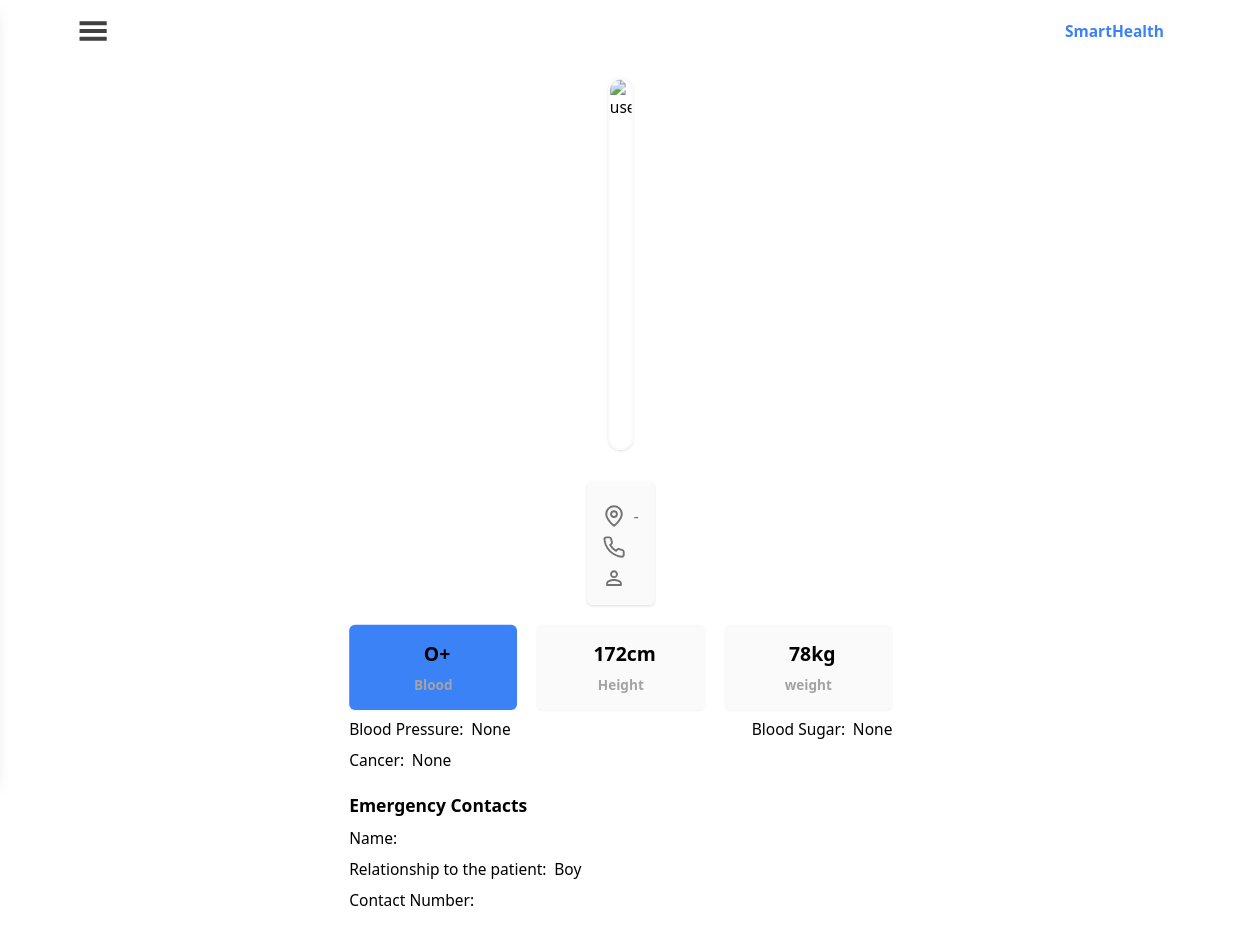
Repository: Sanaa00/HI-user
Page: /home
An editor plug-in stored every save of this project. The page is shown before and after the next save, followed by the edit.
The browser window is 1280 px wide. The pictures show the whole page, at 97% of full size.
The page's requests for data from a server got no answer. The project was rebuilt for these pictures with package versions that can differ from the ones it lists, and the page was loaded fresh each time. No one was signed in, and anything a server would have sent is missing. Also part of the build but not shown: vite.config.js, src/App.css, src/Components/Pagination.jsx, src/Pages/Prescription.jsx, src/Components/modalComponent.jsx, src/Pages/Laboratory.jsx, src/Pages/Radiographic.jsx, src/Components/InputField.jsx and 2 more.

Above is the page before, as saved 2024-01-12 21:21:12.

### src/main.jsx
import React from 'react';
import ReactDOM from 'react-dom/client';
import App from './App.jsx';
import './index.css';
import Modal from 'react-modal';
import { BrowserRouter } from 'react-router-dom';
Modal.setAppElement('#root');
ReactDOM.createRoot(document.getElementById('root')).render(
  <React.StrictMode>
    <BrowserRouter>
      {/* <Provider store={store}> */}
      <App />
      {/* </Provider>{' '} */}
    </BrowserRouter>
  </React.StrictMode>,
);

### src/App.jsx
import { Route, Routes } from 'react-router-dom';
import './App.css';
import Home from './Pages/Home';
// import Test from './Pages/Test';
import Navbar from './Components/Navbar';
import Prescription from './Pages/Prescription';
import Laboratory from './Pages/Laboratory';
import Radiographic from './Pages/Radiographic';
import ModalComponent from './Components/modalComponent';
import Login from './Pages/Login';
import SignUp from './Pages/SignUp';

function App() {
  return (
    <>
      <Navbar />
      <Routes>
        <Route path="/home" element={<Home />} />
        <Route path="/laboratory" element={<Laboratory />}>
          <Route path=":id" element={<ModalComponent />} />
        </Route>
        <Route path="/Radiographic" element={<Radiographic />} />
        <Route path="/Prescription" element={<Prescription />} />
        <Route path="/" element={<Login />} />
        <Route path="/signup" element={<SignUp />} />
        {/* <Route path="products" element={<Products />} />
          <Route path="setting" element={<Setting />} />
          <Route path="hide" element={<HideProducts />} /> */}
        {/* </Route> */}
      </Routes>
    </>
  );
}

export default App;

### src/Pages/Home.jsx
import { useEffect, useState } from 'react';
import { supabase } from '../supabaseClient';
import { FaLocationDot, FaPhone } from 'react-icons/fa6';
import { LuPhone } from 'react-icons/lu';
import { MdPermIdentity } from 'react-icons/md';
import { CiPhone } from 'react-icons/ci';
import { GrLocation } from 'react-icons/gr';
function Home() {
  const [data, setData] = useState([]);

  useEffect(() => {
    const fetchData = async () => {
      const { data, error } = await supabase
        .from('personInformation')
        .select('*')
        .eq('id', 34567890)
        .single();
      console.log('first', data);
      if (error) console.log('Error', error);
      else setData(data);
    };

    fetchData();
  }, []);
  return (
    <div className="mt-16 min-h-screen p-4 sm:px-10 md:px-20  flex flex-col lg:items-center">
      <div className="flex justify-center items-center">
        {console.log(data)}{' '}
        <img
          className="object-cover rounded-full w-72 border-2 border-neutral-50 shadow h-72 lg:w-1/2 lg:h-96 "
          src={data.userImage}
          alt="user"
        />
      </div>
      {/* <div className="mt-5 text-center font-bold text-lg lg:w-1/2">
        Personal Information
      </div> */}
      <div className="mt-3 lg:w-1/2 flex justify-center items-center">
        {/* <span>Name:</span> */}
        <span className="ml-2 font-semibold">{data.fullName}</span>
      </div>{' '}
      {/* <div className="mt-2 flex justify-between items-center lg:w-1/2"> */}
      {/* <span>
          {' '}
          <span>DOB:</span>
          <span className="ml-2">{data.dateOfBirth}</span>
        </span>{' '}
        <span>
          {' '}
          <span>Gender:</span>
          <span className="ml-2">{data.gender}</span>
        </span> */}
      {/* </div>{' '} */}
      <div className="mt-5  bg-neutral-50 text-neutral-500 rounded-md p-4 shadow ">
        {' '}
        <div className="mt-2 flex justify-between items-center lg:w-1/2">
          <span className="flex items-center flex-row">
            {' '}
            <span>
              <GrLocation className="w-6 h-6" />
            </span>
            <span className="ml-2">
              {data.city}-{data.address}
            </span>
          </span>
        </div>
        {/* ****************** */}
        <div className="mt-2 flex justify-between items-center lg:w-1/2">
          <span className="flex items-center">
            {' '}
            <span>
              <LuPhone className="w-6 h-6" />
            </span>
            <span className="ml-2">{data.contactNumber}</span>
          </span>{' '}
        </div>{' '}
        <div className="mt-2 flex justify-between items-center lg:w-1/2">
          <span className="flex items-center">
            {' '}
            <span>
              <MdPermIdentity className="w-6 h-6" />
            </span>
            <span className="ml-2">{data.id}</span>
          </span>{' '}
        </div>
      </div>
      {/* **********vital information*********** */}
      <div className="mt-5  grid grid-cols-3 gap-5 justify-between items-center  text-lg lg:w-1/2">
        {' '}
        {/* <div className="mt-2 flex justify-between items-center lg:w-1/2"> */}
        <div className="w-full flex flex-col items-center justify-center bg-blue-500 p-4 rounded-md shadow-sm ">
          {' '}
          <div className="ml-2 text-xl font-bold">O+</div>
          <div className="text-sm font-semibold text-neutral-400 mt-2">
            Blood
          </div>
        </div>{' '}
        {/* </div>{' '} */}
        {/* <div className="mt-2 flex justify-between items-center lg:w-1/2"> */}
        <div className="flex w-full flex-col justify-center items-center bg-neutral-50 p-4 rounded-md shadow-sm">
          {' '}
          <div className="text-center ml-2 text-xl font-bold">172cm</div>{' '}
          <div className="text-center text-sm font-semibold text-neutral-400 mt-2">
            Height
          </div>
        </div>{' '}
        <div className="flex flex-col justify-center items-center bg-neutral-50 p-4 rounded-md shadow-sm w-full">
          {' '}
          <div className="ml-2 text-xl font-bold">78kg</div>
          <div className="text-sm font-semibold text-neutral-400 mt-2">
            weight
          </div>
        </div>{' '}
      </div>{' '}
      {/* </div> */}
      {/* <div className="mt-2 flex justify-between items-center lg:w-1/2">
        <span>
          {' '}
          <span>Blood Type:</span>
          <span className="ml-2">O+</span>
        </span>{' '}
      </div>{' '}
      <div className="mt-2 flex justify-between items-center lg:w-1/2">
        <span>
          {' '}
          <span>Height:</span>
          <span className="ml-2">172 cm</span>
        </span>{' '}
        <span>
          {' '}
          <span>weight:</span>
          <span className="ml-2">78 kg</span>
        </span>{' '}
      </div>{' '} */}
      <div className="mt-2 flex justify-between items-center lg:w-1/2">
        <span>
          {' '}
          <span>Blood Pressure:</span>
          <span className="ml-2">None</span>
        </span>{' '}
        <span>
          {' '}
          <span>Blood Sugar:</span>
          <span className="ml-2">None</span>
        </span>{' '}
      </div>{' '}
      <div className="mt-2 flex justify-between items-center lg:w-1/2">
        <span>
          {' '}
          <span>Cancer:</span>
          <span className="ml-2">None</span>
        </span>{' '}
      </div>{' '}
      {/* ***************Emergency Contacts********** */}
      <div className="mt-5 font-bold text-lg lg:w-1/2">Emergency Contacts</div>
      <div className="mt-2 flex justify-between items-center lg:w-1/2">
        <span>
          {' '}
          <span>Name:</span>
          <span className="ml-2">{data.emergencyContactName}</span>
        </span>{' '}
      </div>{' '}
      <div className="mt-2 flex justify-between items-center lg:w-1/2">
        <span>
          {' '}
          <span>Relationship to the patient:</span>
          <span className="ml-2">Boy</span>
        </span>{' '}
      </div>{' '}
      <div className="mt-2 mb-5 flex justify-between items-center lg:w-1/2">
        <span>
          {' '}
          <span>Contact Number:</span>
          <span className="ml-2">{data.emergencyContactNumber}</span>
        </span>{' '}
      </div>
    </div>
  );
}

export default Home;

### src/Components/Navbar.jsx
import { useState } from 'react';
import { Link, NavLink } from 'react-router-dom';
import { GiHamburgerMenu } from 'react-icons/gi';
import { IoCloseSharp } from 'react-icons/io5';
function Navbar() {
  const [open, setOpen] = useState(false);
  return (
    <div className="flex text-neutral-700 top-0 z-50 fixed px-4 sm:px-10 md:px-20 justify-between items-center bg-white h-16 w-full">
      <div
        className={` flex justify-between hover:bg-opacity-80 duration-500 hover:duration-500 items-center w-full h-full text-lg font-bold`}
      >
        <button onClick={() => setOpen(!open)} className="">
          <GiHamburgerMenu className="w-8 h-8" />
        </button>{' '}
        <div
          className={` bg-white rounded-sm  flex flex-col fixed w-4/5 lg:w-96 top-0 z-40 left-0 shadow-lg transform duration-500 ease-in-out ${
            open ? 'translate-x-0' : '-translate-x-full'
          }`}
        >
          <button
            onClick={() => setOpen(!open)}
            className="mt-3 mb-2 left-0 px-3 flex h-16"
          >
            <IoCloseSharp className="w-9 h-9" />
          </button>

          <div className="w-full h-screen flex flex-col text-orange p-4">
            <Link to="/home" onClick={() => setOpen(!open)} className="pb-3">
              Person Information
            </Link>
            <Link
              to="/Radiographic"
              onClick={() => setOpen(!open)}
              className="py-3"
            >
              Radiographic examination
            </Link>
            <Link
              to="/laboratory"
              onClick={() => setOpen(!open)}
              className="py-3"
            >
              Laboratory examination
            </Link>
            <Link
              to="/Prescription"
              onClick={() => setOpen(!open)}
              className="py-3"
            >
              Prescription
            </Link>
          </div>
        </div>
      </div>
      <NavLink to="/home" className="ml-2 font-bold text-blue-500">
        SmartHealth
      </NavLink>
    </div>
  );
}

export default Navbar;

### src/supabaseClient.js
import { createClient } from '@supabase/supabase-js';

const supabaseUrl =
    import.meta.env.VITE_REACT_APP_SUPABASE_URL;
const supabaseAnonKey =
    import.meta.env.VITE_REACT_APP_SUPABASE_ANON_KEY;

export const supabase = createClient(supabaseUrl, supabaseAnonKey);

Loaded but not shown: index.html (common file); src/index.css (common file); tailwind.config.js (common file)

After the next save:
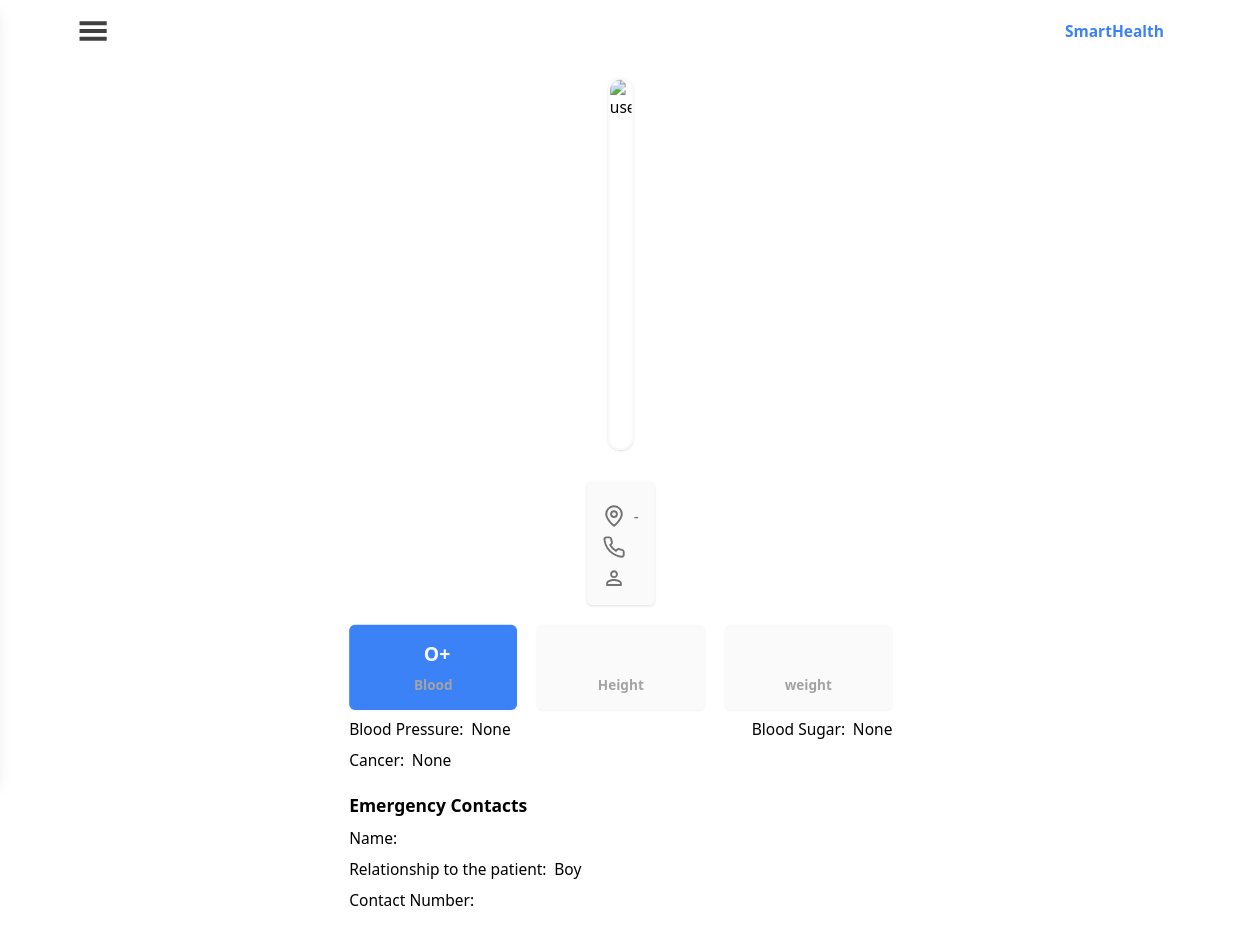
Saved 14 s later.
--- a/src/Pages/Home.jsx
+++ b/src/Pages/Home.jsx
@@ -85,7 +85,7 @@ function Home() {
         </div>
       </div>
       {/* **********vital information*********** */}
-      <div className="mt-5  grid grid-cols-3 gap-5 justify-between items-center  text-lg lg:w-1/2">
+      <div className="mt-5 text-neutral-50 grid grid-cols-3 gap-5 justify-between items-center  text-lg lg:w-1/2">
         {' '}
         {/* <div className="mt-2 flex justify-between items-center lg:w-1/2"> */}
         <div className="w-full flex flex-col items-center justify-center bg-blue-500 p-4 rounded-md shadow-sm ">
